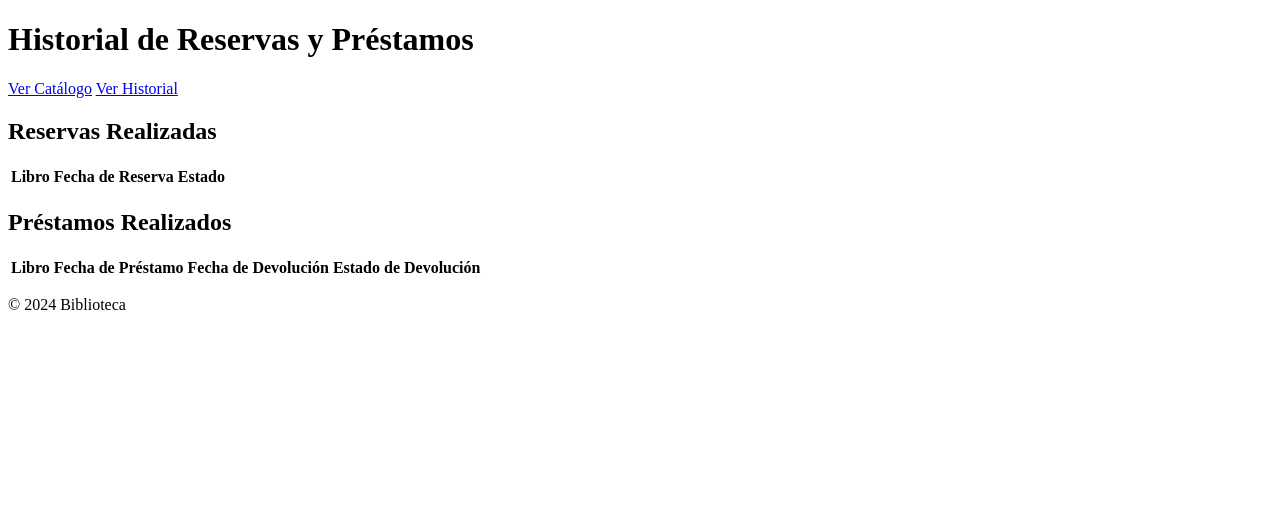
Repository: maycky02/Bibloteca_integrador
Page: http://localhost/lector/historial
The author's editor kept a copy of each file at every save. The page is drawn from the files as they stood at one save, then again after the next save.
The browser window is 1280 px wide. The pictures show the whole page.
The page is this project's Thymeleaf template; nobody is signed in. The template is opened directly, without the code that normally fills it, so the values that code supplies are empty.

Above is the page before, as saved 2024-12-03 07:07:20.
Not found: Bibloteca/css/styles.css

After the next save:
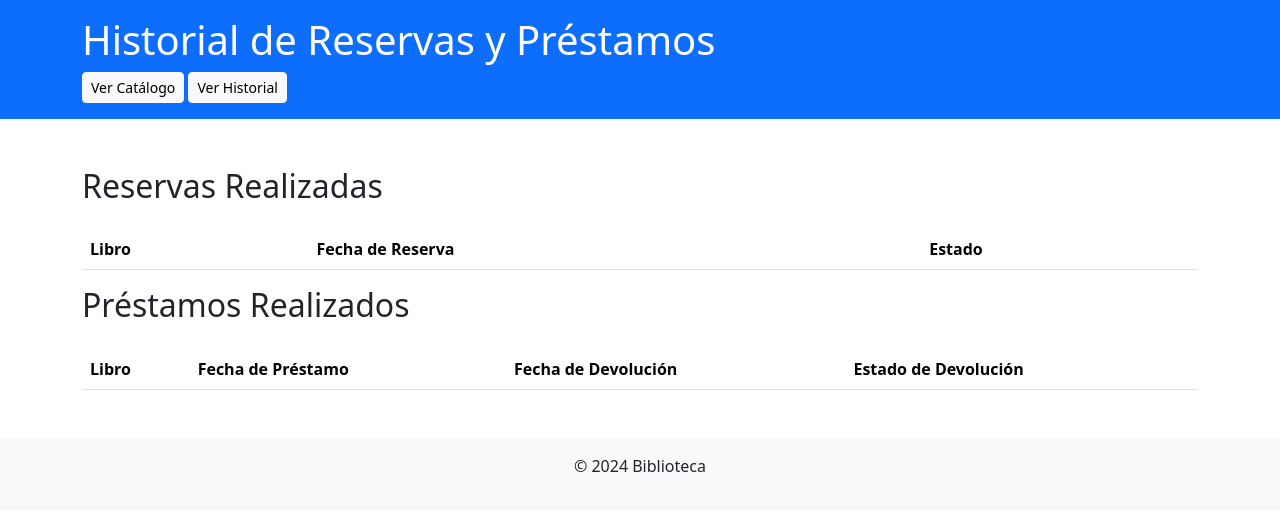
Saved 86 s later.
--- a/Bibloteca/src/main/resources/templates/lector/historial.html
+++ b/Bibloteca/src/main/resources/templates/lector/historial.html
@@ -4,21 +4,26 @@
     <meta charset="UTF-8">
     <meta name="viewport" content="width=device-width, initial-scale=1.0">
     <title>Historial de Reservas y Préstamos</title>
+    <!-- Enlace a la hoja de estilo de Bootstrap -->
+    <link href="https://cdn.jsdelivr.net/npm/bootstrap@5.3.0-alpha1/dist/css/bootstrap.min.css" rel="stylesheet">
     <link rel="stylesheet" href="/css/styles.css"> <!-- Asegúrate de tener el archivo de estilos -->
 </head>
 <body>
-    <header>
-        <h1>Historial de Reservas y Préstamos</h1>
-        <nav>
-            <a href="/lector/catalogo">Ver Catálogo</a>
-            <a href="/lector/historial">Ver Historial</a>
-        </nav>
+
+    <header class="bg-primary text-white p-3">
+        <div class="container">
+            <h1>Historial de Reservas y Préstamos</h1>
+            <nav>
+                <a href="/lector/catalogo" class="btn btn-light btn-sm">Ver Catálogo</a>
+                <a href="/lector/historial" class="btn btn-light btn-sm">Ver Historial</a>
+            </nav>
+        </div>
     </header>
 
-    <section>
-        <h2>Reservas Realizadas</h2>
-        <table>
-            <thead>
+    <section class="container my-5">
+        <h2 class="mb-4">Reservas Realizadas</h2>
+        <table class="table table-striped">
+            <thead class="thead-dark">
                 <tr>
                     <th>Libro</th>
                     <th>Fecha de Reserva</th>
@@ -35,9 +40,9 @@
             </tbody>
         </table>
 
-        <h2>Préstamos Realizados</h2>
-        <table>
-            <thead>
+        <h2 class="mb-4">Préstamos Realizados</h2>
+        <table class="table table-striped">
+            <thead class="thead-dark">
                 <tr>
                     <th>Libro</th>
                     <th>Fecha de Préstamo</th>
@@ -57,8 +62,11 @@
         </table>
     </section>
 
-    <footer>
+    <footer class="bg-light text-center py-3">
         <p>&copy; 2024 Biblioteca</p>
     </footer>
+
+    <!-- Enlace a los scripts de Bootstrap -->
+    <script src="https://cdn.jsdelivr.net/npm/bootstrap@5.3.0-alpha1/dist/js/bootstrap.bundle.min.js"></script>
 </body>
 </html>
